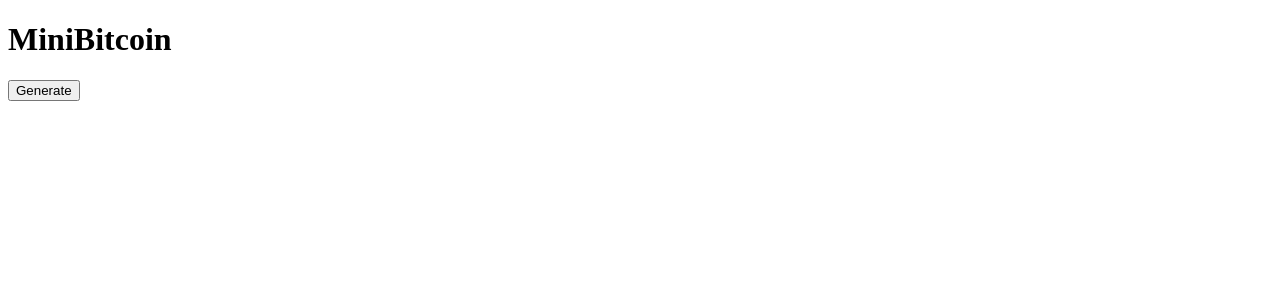
Repository: lam4562311/Minibitcoin
Page: http://localhost/
These files come from the project's save history. The page is drawn as it stood at one moment and after the next save; the edit follows.
The browser window is 1280 px wide. The pictures show the whole page.
Some web libraries are served in a nearby version. The page is served by the project's application, run on Flask 3 (bitcoin-5003.py).

Above is the page before, as saved 2022-04-08 18:22:28.

### templates/homepage.html
<!DOCTYPE html>
<head>
    <body>
        <h1> MiniBitcoin </h1>
        <span id="sth"></span>

    <button id="generate_wallet_bt">Generate</button>
    <script src="//ajax.googleapis.com/ajax/libs/jquery/1.9.1/jquery.min.js"></script>
    <script src="{{url_for("static", filename="index.js")}}"></script>
    </body>
</head>

### bitcoin-5003.py
from operator import contains
import wx
from bitcoinclass import Transaction,Wallet,Block,Blockchain
from flask import Flask, jsonify, request, render_template, redirect, url_for, send_file
from urllib.parse import urlparse
import json
import re
import requests
import io
import logging
app = Flask(__name__)

#Flask API
@app.route('/new_transaction', methods=['POST'])
def new_transaction():
    values = request.form

    # Check that the required fields are in the PoST'ed data
    required = ['recipient_address', 'amount']
    if not all(k in values for k in required):
        return 'Missing values', 400

    #Create a new Transaction
    transaction = Transaction(myWallet.identity, values['recipient_address'], values[ 'amount'])
    transaction.add_signature(myWallet.sign_transaction(transaction))
    transaction_result = blockchain.add_new_transaction(transaction)

    if transaction_result:
        response = { 'message': 'Transaction will be added to Block'}
        return jsonify(response), 201
    else:
        response = {'message': 'Invalid Transaction!'}
        return jsonify(response), 406

@app.route( '/get_transactions' , methods=[ 'GET'])
def get_transactions():
    #Get transactions from transactions pool
    transactions = blockchain.unconfirmed_transactions
    response = {'transactions' : transactions}
    return jsonify(response), 200

@app.route('/chain', methods=['GET'])
def last_ten_blocks():
    response = {
        'chain' : blockchain.chain[-10:],
        'length': len(blockchain.chain),
    }
    return jsonify(response), 200


@app.route('/fullchain', methods=['GET'])
def full_chain():
    response = {
    'chain' : json.dumps(blockchain.chain),
    'length' : len(blockchain.chain),
    }
    return jsonify (response), 200

@app.route('/get_nodes', methods=['GET'])
def get_nodes():
    nodes = list(blockchain.nodes)
    response = {'nodes' : nodes}
    return jsonify(response), 200

@app.route('/register_node', methods=['POST'])
def register_node():
    values = request.form
    node = values.get('node')
    com_port = values.get('com_port')
    if node is None and com_port is None:
        return "Error: Please supply a valid list of nodes", 400
    if com_port is not None:
        blockchain.register_node(request.remote_addr + ":" + com_port)
        node = request.remote_addr + ":" + com_port
        app.logger.warning(node)
    else:
        blockchain.register_node(node)
    node_list = requests.get('http://' + node + '/get_nodes')
    if node_list.status_code == 200:
        node_list = node_list.json()['nodes']
        for node in node_list:
            blockchain.register_node( node)

    for new_nodes in blockchain.nodes:
        requests.post( 'http://' + new_nodes + '/register_node' , data={'com_port':str(port)})

    replaced = blockchain.consensus()
    if replaced:
        app.logger.warning('replaced')
        response ={
        'message' : 'Longer authoritative chain found from peers, replacing ours' ,
        'total_nodes ' : [node for node in blockchain.nodes]}
    else:
        response ={
        'message': 'New nodes have been added,but our chain is authoritative',
        'total_nodes' : [node for node in blockchain.nodes]
    }
    return jsonify(response), 201

@app.route('/consensus', methods=['GET'])
def consensus():
    replaced = blockchain.consensus()
    if replaced:
        app.logger.info('replaced')
        response = {
            'message' : 'our chain was replaced',
        }
    else:
        app.logger.info('not replaced')
        response = {
        'message ' : 'our chain is authoritative',
        }
    return jsonify(response), 200

@app.route('/mine', methods=[ 'GET'])
def mine():
    blockchain.boardcast_transactions(request.host)

    newblock = blockchain.mine(myWallet)
    for node in blockchain.nodes:
        ans = requests.get('http://' + node + '/consensus')
        app.logger.info(ans)
    response = {
        'index' : newblock.index,
        'transactions' : newblock.transactions,
        'timestamp' : newblock.timestamp,
        'nonce' : newblock.nonce,
        'hash' : newblock.hash,
        'previous_hash' : newblock.previous_hash
    }
    return jsonify( response), 200

@app.route('/import_key', methods=['POST'])
def import_key():
    f = request.files['file']
    blob = f.read()
    myWallet.import_key(blob)
    return 'key imported successfully'

@app.route('/export_key', methods=['GET'])
def export_key():
    blob = myWallet.export_key()
    return send_file(
        io.BytesIO(blob),
        mimetype='application/octet-stream',
        as_attachment = True,
        attachment_filename = "keyfile")

@app.route('/get_status', methods=['GET'])
def get_status():
    response ={
        'public_key' : myWallet.identity,
        'balance': blockchain.get_balance(myWallet.identity)
    }
    return jsonify(response),200

@app.route('/update_balance', methods=['PUT'])
def update_balance():
    myWallet.balance = blockchain.get_balance(myWallet.identity)
    response = {'message': 'Balance updated'}
    return jsonify(response), 200

@app.route('/sync_transactions', methods=['GET'])
def sync_transactions():
    result = blockchain.boardcast_transactions(request.host)
    if result:
        response = {
            'message': 'Synchronized Transactions'
        }
    else:
        resonse = {'message': 'False'}
    return jsonify(resonse), 200

@app.route('/')
def index():
    return render_template('homepage.html')

if __name__ == '__main__':
    myWallet = Wallet()
    blockchain = Blockchain()
    port = 5003
    app.logger.setLevel(logging.DEBUG)
    app.run(host='127.0.0.1', port=port, debug = True)

### static/index.js
let generate_wallet_bt = document.querySelector("#generate_wallet_bt");
let sth_span = document.querySelector("#sth")

function get_full_chain(){
    $.ajax({
        type: "GET",
        contentType: "application/json; charset=utf-8",
        url:"/fullchain",
        dataType: "json",
        success: (data) => {
            sth_span.innerHTML = JSON.stringify(data);
        }
    });

}

$(generate_wallet_bt).click(()=>get_full_chain());

After the next save:
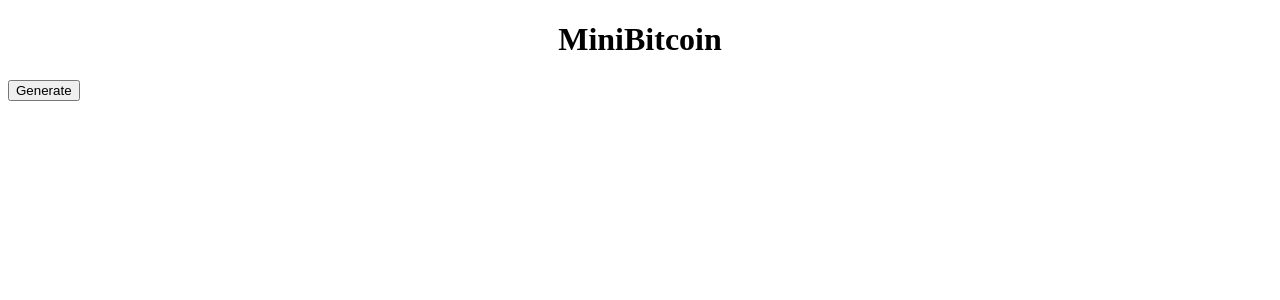
Saved 37 s later.
--- a/templates/homepage.html
+++ b/templates/homepage.html
@@ -1,7 +1,7 @@
 <!DOCTYPE html>
 <head>
     <body>
-        <h1> MiniBitcoin </h1>
+        <h1><center> MiniBitcoin </center></h1>
         <span id="sth"></span>
 
     <button id="generate_wallet_bt">Generate</button>
